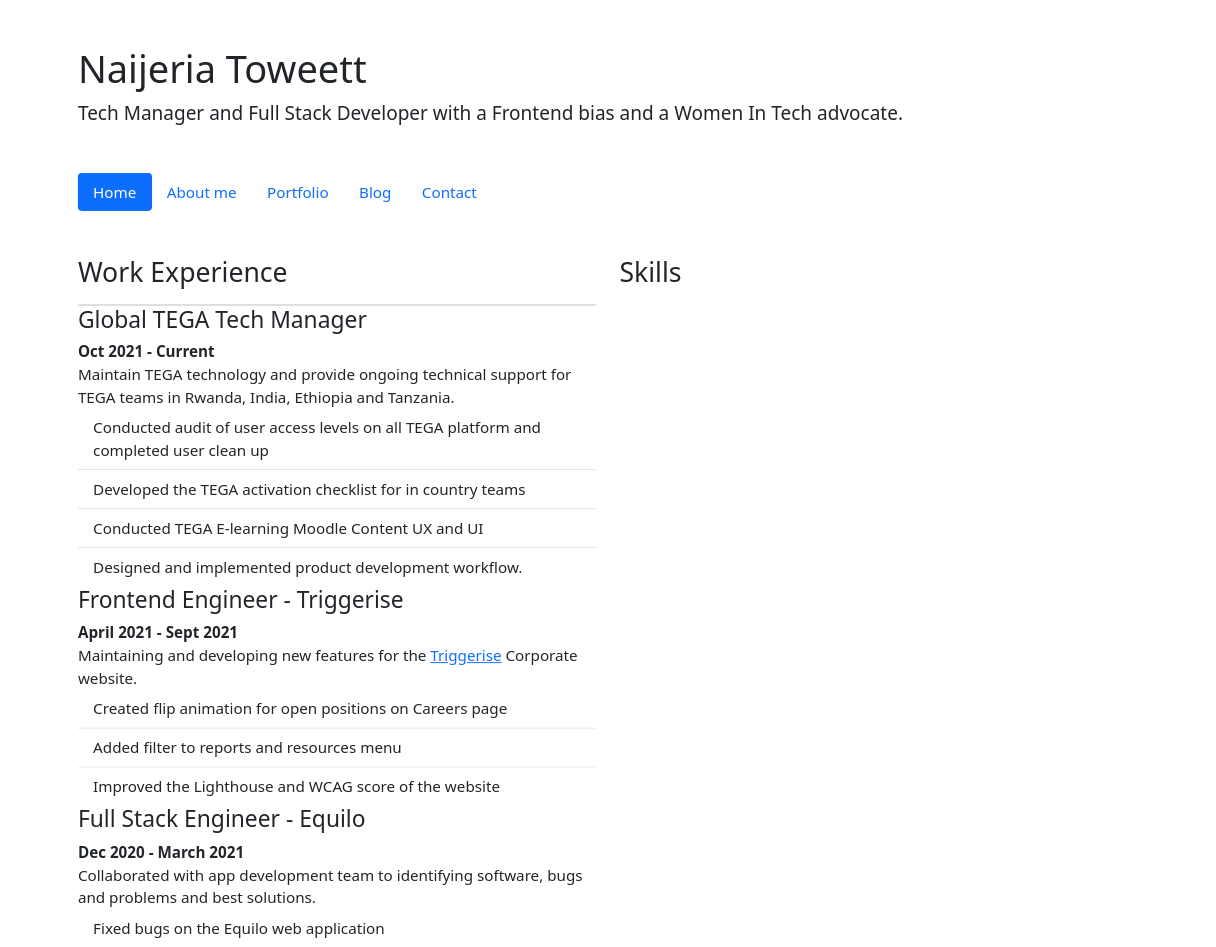
Repository: mamatechafrica/portfolio
Page: index.html
These files come from the project's save history. The page is drawn as it stood at one moment and after the next save; the edit follows.
The browser window is 1280 px wide. The pictures show the whole page, at 95% of full size.

Above is the page before, as saved 2022-01-04 16:29:40.

### index.html
<!doctype html>
<html lang="en">
    <head>
        <!-- Required meta tags -->
        <meta charset="utf-8">
        <meta name="viewport" content="width=device-width, initial-scale=1">

        <!-- Bootstrap CSS -->
        <link href="https://cdn.jsdelivr.net/npm/bootstrap@5.0.2/dist/css/bootstrap.min.css" rel="stylesheet" integrity="sha384-EVSTQN3/azprG1Anm3QDgpJLIm9Nao0Yz1ztcQTwFspd3yD65VohhpuuCOmLASjC" crossorigin="anonymous">

        <title>NashTheCoder portfolio</title>
    </head>
    <body>
        <div class="container my-5">
            <h1>Naijeria Toweett</h1>
            <p class="lead">
                Tech Manager and Full Stack Developer with a Frontend bias and a Women In Tech advocate.
            </p>
        </div>

        <div class="container">
            <nav>
                <ul class="nav nav-pills ">
                    <li class="nav-item">
                        <a class="nav-link active" aria-current="page" href="#">Home</a>
                    </li>
                    <li class="nav-item">
                        <a class="nav-link" href="#">About me</a>
                    </li>
                    <li class="nav-item">
                        <a class="nav-link" href="#">Portfolio</a>
                    </li>
                    <li class="nav-item">
                        <a class="nav-link" href="https://mumlovestech.com/" target="blank">Blog</a>
                    </li>
                    <li class="nav-item">
                        <a class="nav-link" href="#">Contact</a>
                    </li>
                </ul>
            </nav>
        </div>

        <div class="container mt-5">
            <div class="row">
                <div class="col">
                    <h3 class="mb-3">Work Experience</h3>
<div class="card">

</div>
                    <h4>Global TEGA Tech Manager</h4>
                    <div>
                        <strong>Oct 2021 - Current</strong>
                    </div>
                        Maintain TEGA technology and provide ongoing technical support for
                        TEGA teams in Rwanda, India, Ethiopia and Tanzania.
                    <ul class="list-group list-group-flush">
                        <li class="list-group-item">Conducted audit of user access levels on all TEGA platform and completed user clean up</li>
                        <li class="list-group-item">Developed the TEGA activation checklist for in country teams</li>
                        <li class="list-group-item">Conducted TEGA E-learning Moodle Content UX and UI</li>
                        <li class="list-group-item">Designed and implemented product development workflow.</li>
                    </ul>
                    <h4>Frontend Engineer - Triggerise</h4>
                    <div>
                        <strong>April 2021 - Sept 2021</strong>
                    </div>
                        Maintaining and developing new features for the <a href="https://triggerise.org/">Triggerise</a> Corporate website.
                        <ul class="list-group list-group-flush">
                            <li class="list-group-item">Created flip animation for open positions on Careers page</li>
                            <li class="list-group-item">Added filter to reports and resources menu</li>
                            <li class="list-group-item">Improved the Lighthouse and WCAG score of the website</li>
                        </ul>
                    <h4>Full Stack Engineer - Equilo</h4>
                    <div>
                        <strong>Dec 2020 - March 2021</strong>
                    </div>
                        Collaborated with app development team to identifying software, bugs and problems and best solutions.
                        <ul class="list-group list-group-flush">
                            <li class="list-group-item">Fixed bugs on the Equilo web application</li>
                        </ul>
                </div>
                <div class="col">
                    <h3 class="mb-3">Skills</h3>
                </div>
            </div>
        </div>

        <!-- Optional JavaScript; choose one of the two! -->

        <!-- Option 1: Bootstrap Bundle with Popper -->
        <script src="https://cdn.jsdelivr.net/npm/bootstrap@5.0.2/dist/js/bootstrap.bundle.min.js" integrity="sha384-MrcW6ZMFYlzcLA8Nl+NtUVF0sA7MsXsP1UyJoMp4YLEuNSfAP+JcXn/tWtIaxVXM" crossorigin="anonymous"></script>

        <!-- Option 2: Separate Popper and Bootstrap JS -->
        <!--
        <script src="https://cdn.jsdelivr.net/npm/@popperjs/core@2.9.2/dist/umd/popper.min.js" integrity="sha384-IQsoLXl5PILFhosVNubq5LC7Qb9DXgDA9i+tQ8Zj3iwWAwPtgFTxbJ8NT4GN1R8p" crossorigin="anonymous"></script>
        <script src="https://cdn.jsdelivr.net/npm/bootstrap@5.0.2/dist/js/bootstrap.min.js" integrity="sha384-cVKIPhGWiC2Al4u+LWgxfKTRIcfu0JTxR+EQDz/bgldoEyl4H0zUF0QKbrJ0EcQF" crossorigin="anonymous"></script>
        -->
    </body>
</html>

After the next save:
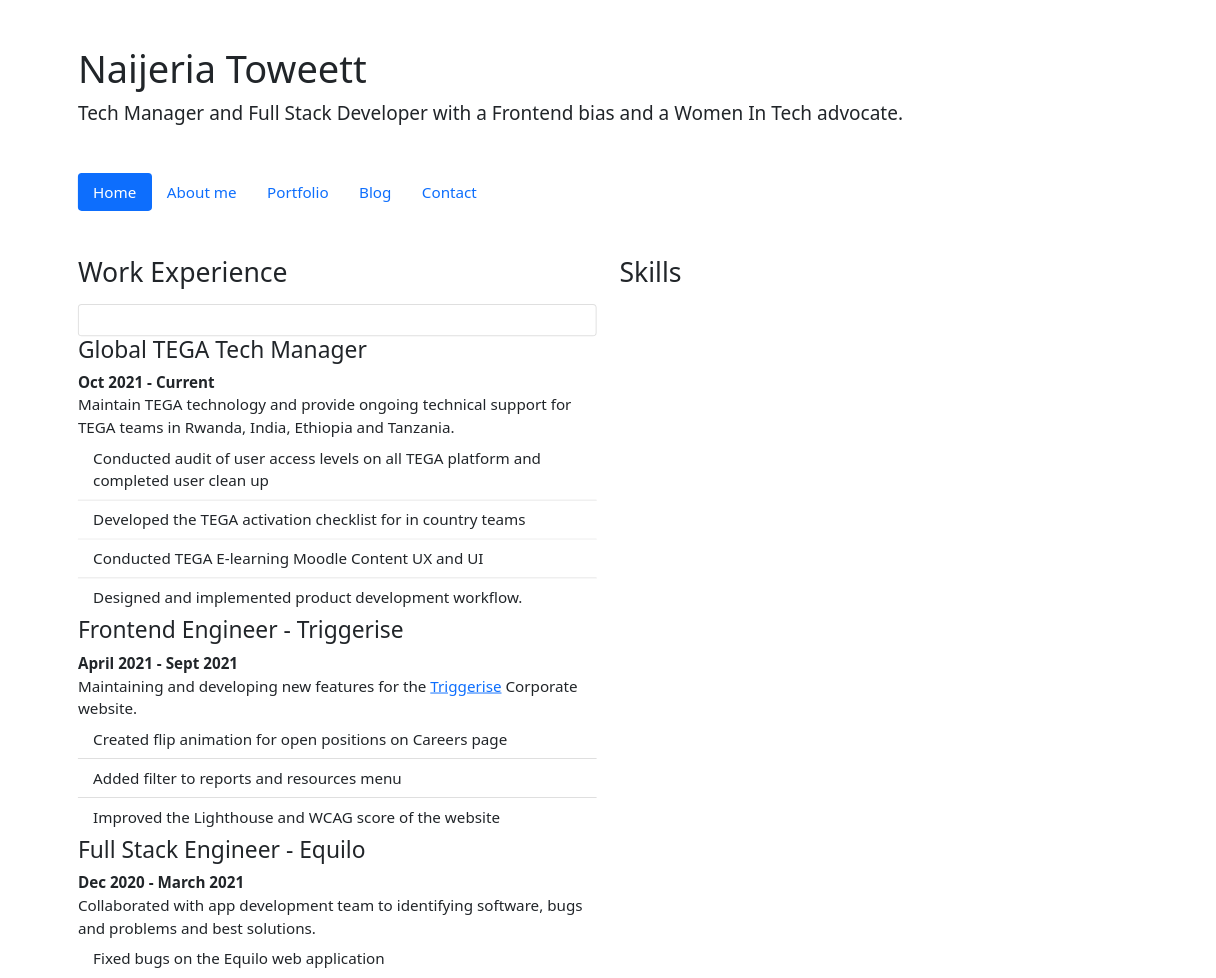
Saved 6 s later.
--- a/index.html
+++ b/index.html
@@ -45,7 +45,9 @@
                 <div class="col">
                     <h3 class="mb-3">Work Experience</h3>
 <div class="card">
+    <div class="card-body">
 
+    </div>
 </div>
                     <h4>Global TEGA Tech Manager</h4>
                     <div>
